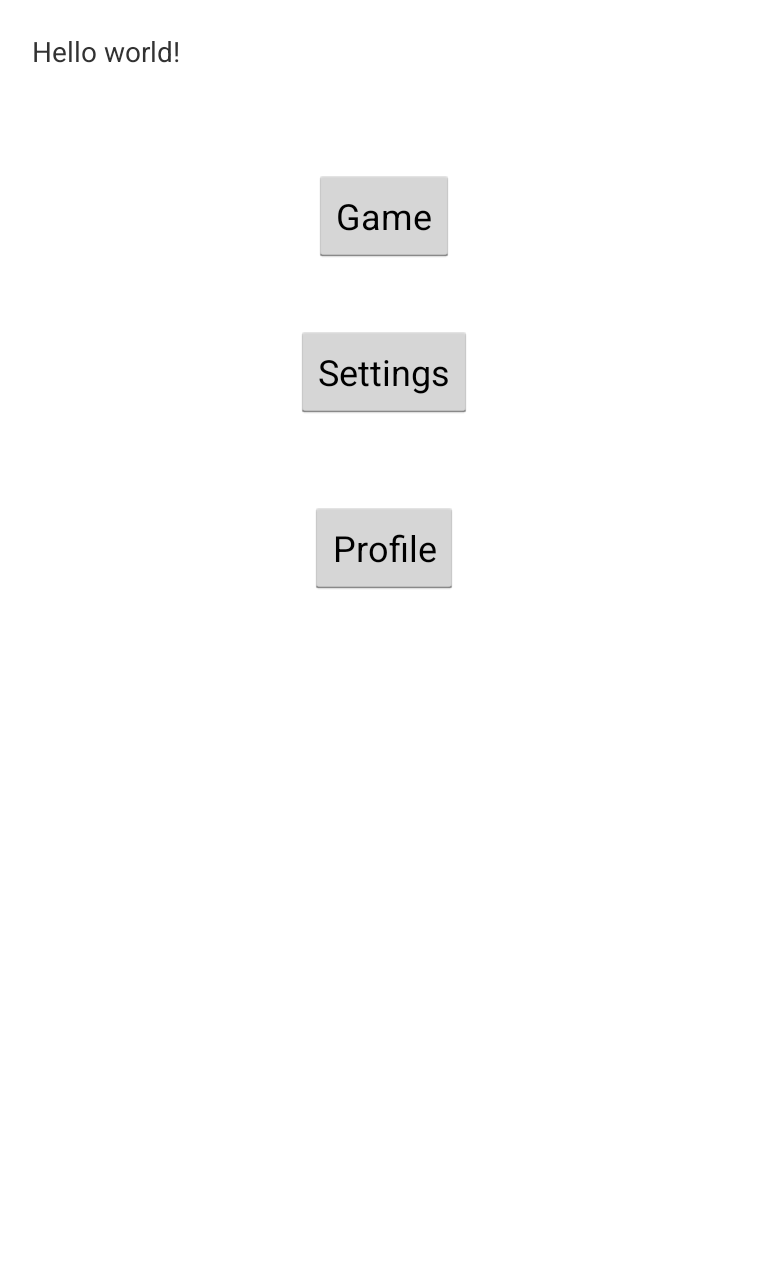
Repository: mtabor150/CampusCreatures
Layout: CampusCreatures/res/layout/activity_main.xml
The author's editor kept a copy of each file at every save. The layout is drawn from the files as they stood at one save, then again after the next save.
It is drawn on a 768 x 1280 px phone screen (xhdpi) without system bars, with theme AppTheme; the app's code is not run.

Above is the layout before, as saved 2014-02-05 00:13:24.

After the next save:
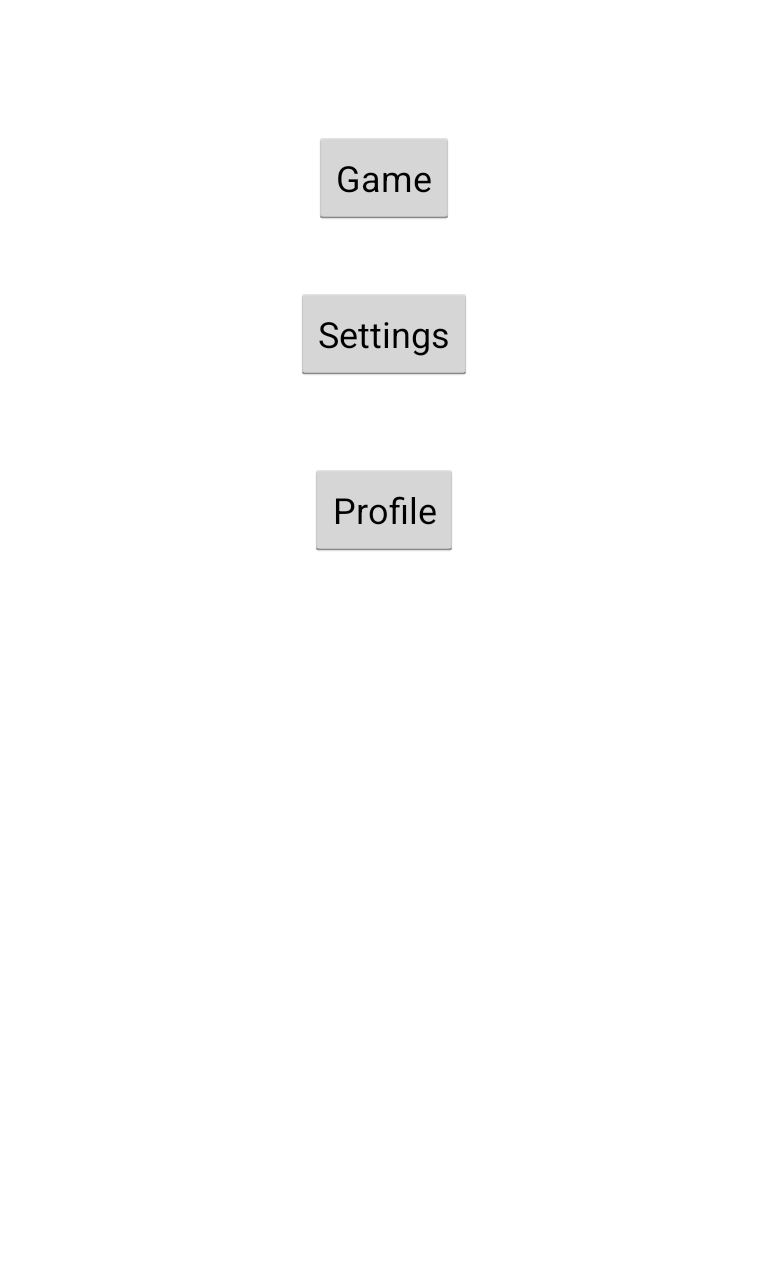
Saved 86 s later.
--- a/CampusCreatures/res/layout/activity_main.xml
+++ b/CampusCreatures/res/layout/activity_main.xml
@@ -7,12 +7,6 @@
     android:paddingRight="@dimen/activity_horizontal_margin"
     android:paddingTop="@dimen/activity_vertical_margin"
     tools:context=".MainActivity" >
-
-    <TextView
-        android:id="@+id/textView1"
-        android:layout_width="wrap_content"
-        android:layout_height="wrap_content"
-        android:text="@string/hello_world" />
 
     <Button
         android:id="@+id/gameButton"
